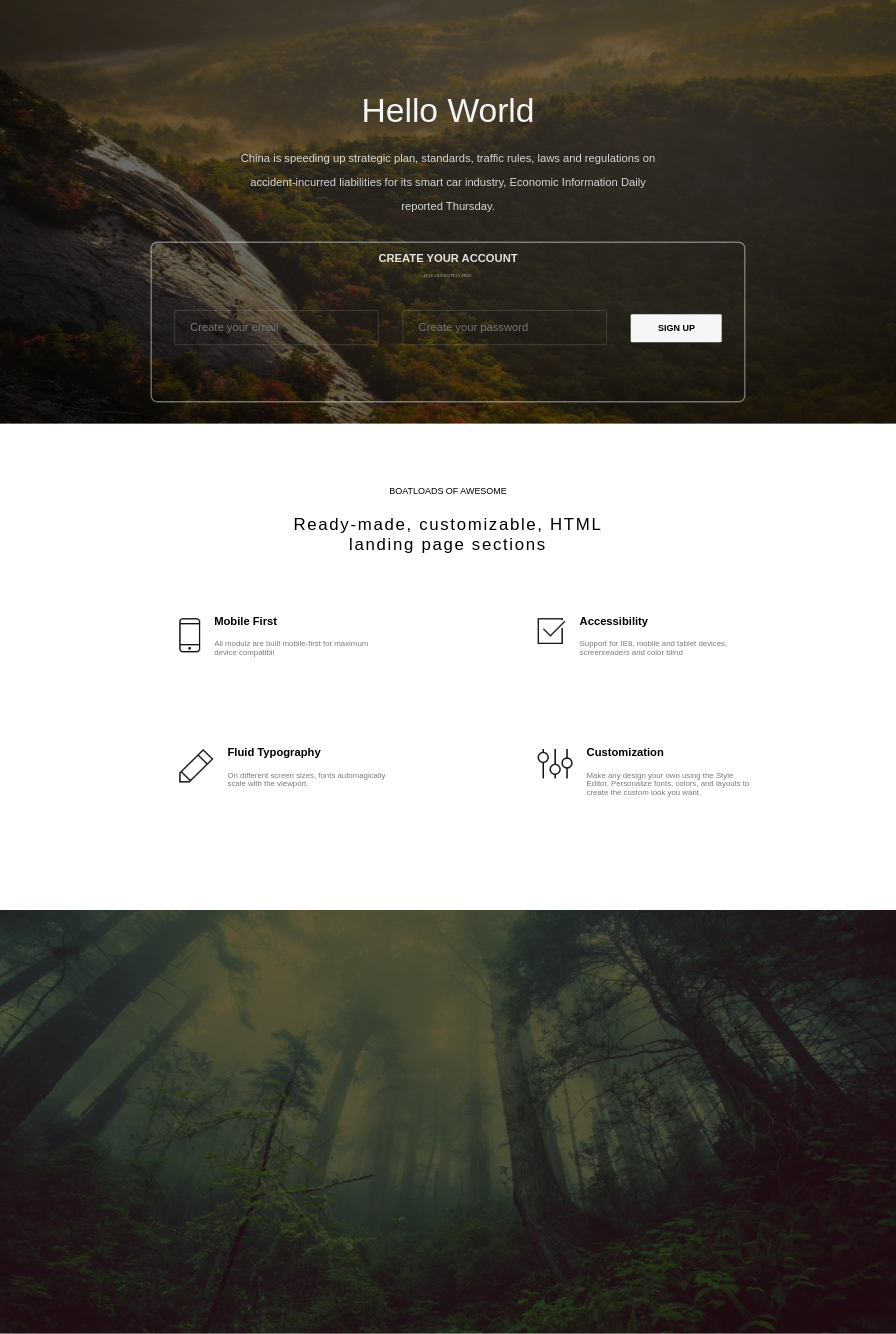
Repository: sogeisetsu/suy-ife
Page: 009-011/index.html
The author's editor kept a copy of each file at every save. The page is drawn from the files as they stood at one save, then again after the next save.
The browser window is 1280 px wide. The pictures show the whole page, at 70% of full size.

Above is the page before, as saved 2019-10-11 23:10:12.

### 009-011/index.html
<!DOCTYPE html>
<html>
    <head>
        <meta name="charset" content="utf-8">
        <meta http-equiv="refresh" content="30">
        <link rel="stylesheet" href="normalize.css" type="text/css">
        <link rel="stylesheet" href="index.css" type="text/css">
    </head>
    <body>
        <div id=head>
            <div class=headback>
                <img src="sucai/head-back.png" alt="头部背景" class="head-image">
                <div class="headbackcolor"></div>
            </div>
            <div class="headfont">
                <h1 class="headfonttittle">Hello World</h1>
                <p class="headfonttext">China is speeding up strategic plan, standards, traffic rules, laws and regulations on  </p>
                <p class="headfonttext">accident-incurred liabilities for its smart car industry, Economic Information Daily </p>
                <p class="headfonttext">reported Thursday.</p>
            </div>
            <div class="headform">
                <h2 class="tittle">Create Your Account</h2>
                <p class="text">It is absolutely free</p>
                <form action="#">
                    <input class="input-field" type="email" name="email" id="email" placeholder="Create your email">
                    <input class="input-field" type="password" name="pws" id="pws" placeholder="Create your password">
                    <input class="sign-up" type="button" value="Sign Up">
                </form>
            </div>
        </div>
        <div id="page2">
            <div class="p2head">
                <p>Boatloads of Awesome</p>
                <h2>Ready-made, customizable, HTML <br>landing page sections</h2>
            </div>
            <div class="p2text">
                <div class="iphone">
                    <img src="sucai/Iphone Icon.png" alt="iphone">
                    <div class="texto">
                    <p class="tittle">Mobile First</p>
                    <p class="text">All modulz are built mobile-first for maximum<br>device compatibil </p>
                    </div>
                </div>
                <div class="check">
                    <img src="sucai/Check Icon.png" alt="check">
                    <div class="texto">
                    <p class="tittle">Accessibility</p>
                    <p class="text">Support for IE8, mobile and tablet devices,<br> screenreaders and color blind</p>
                    </div>
                </div>
                <div class="pencil">
                    <img src="sucai/Pencil Icon.png" alt="pencil">
                    <div class="texto">
                    <p class="tittle">Fluid Typography</p>
                    <p class="text">On different screen sizes, fonts automagically<br> scale with the viewport.</p>
                    </div>
                </div>
                <div class="setting">
                    <img src="sucai/Settings Icon.png" alt="setting">
                    <div class="texto">
                    <p class="tittle">Customization</p>
                    <p class="text">Make any design your own using the Style<br> Editor. Personalize fonts, colors, and layouts to<br> create the custom look you want.</p>
                    </div>
                </div>
            </div>
        </div>
        <div id=page3>
            <div class=page3back>
                <img src="sucai/page3background.png" alt="第三张背景" class="page3-image">
                <div class="headbackcolor"></div>
            </div>
        </div>
    </body>
</html>

### 009-011/index.css
html,body{
    margin: 0;
    height: 100%;
    width: 100%;
}
#head,#page2,#page3{
    width: 100%;
    height: 605px;
}
.headback{
    position: relative;
    width: 100%;
    height: 100%;
    z-index: -1;
}
.page3back{
    width: 100%;
    height: 100%;
    z-index: -1;
}
.headbackcolor{
    background-color: rgba(12, 10, 8, 0.61);
    width: 100%;
    height: 100%;
    position: relative;
    bottom: 605px;
}
.head-image,.page3-image{
    height: 100%;
    width: 100%;
    display: block;
}
.headfont{
    position: relative;
    margin: 0;
    bottom: 605px;
    text-align: center;
}
.headfonttittle{
    margin-top: 130px;
    font-size: 3em;
    color: rgb(245, 245, 245);
    font-weight: 300;
}
.headfonttext{
    font-weight: 300;
    color: rgba(255, 255, 255, 0.808);
}
.headform{
    position: relative;
    bottom: 605px;
    margin: 40px auto;
    border-style: solid ;
    border-width: 2px;
    border-color: rgba(236, 235, 233, 0.445);
    border-radius: 10px;
    box-sizing: border-box;
    width: 850px;
    display: flex;
    flex-direction: column;
    height: 230px;
}
.headform .tittle{
    color: rgba(252, 249, 246, 0.89);
    text-transform: uppercase;
    font-size: 1em;
    text-align: center;
}
.headform .text{
    color: rgba(252, 249, 246, 0.616);
    text-transform: uppercase;
    font-size: 0.3em;
    text-align: center;
    margin-top: 0;
    font-family: Montserrat-Light;
}
.headform form{
    margin: 40px auto;
}
input{
    color: rgb(245, 245, 245);
}
.headform .input-field{
    width: 292px;
    height: 50px;
    padding: 18px 0 18px 22px;
    margin-right: 30px;
    box-sizing: border-box;
	border-radius: 2px;
	border: solid 1px rgba(255, 255, 255, 0.2);
    background: transparent;
}

.headform .sign-up{
    color: rgb(0, 0, 0);
    background-color: rgb(245, 245, 245);
    text-align: center;
    border: 0;
    height: 40px;
    width: 130px;
    text-transform: uppercase;
    font-size: 0.8em;
    font-weight: bold;
    border-radius: 2px;
    cursor: pointer;
    outline: none;
}
.headform .sign-up:active{
    border: 0;
    border-color: rgb(245, 245, 245);
    outline: none;
}
.p2head{
    text-align: center;
    margin-top: 90px;
}
.p2head p{
    text-transform: uppercase;
    /* letter-spacing: 0.2em; */
    font-weight: 400;
    font-size: 0.8em;
    margin-bottom: 2em;
}
.p2head h2{
    font-weight: 400;
    letter-spacing: 0.1em;
    line-height: 1.2em;

}
.p2text{
    margin-top: 50px;
    display: flex;
    flex-flow: row wrap;
    margin-left: 20%;
}
.iphone,.check,.pencil,.setting{
    flex: 50%;
    margin-bottom: 60px;
    margin-top: 40px;
    /* overflow: hidden; */
}
.iphone img,.iphone .texto,.check .texto,.check img,.pencil .texto,.pencil img,.setting img,.setting .texto{
    float: left;
}
.iphone .texto,.check .texto,.pencil .texto,.setting .texto{
    position: relative;
    left: 20px;
    bottom: 20px;
    margin: 0;
}
.texto .tittle{
    font-weight: bold;
}
.texto .text{
    font-size: 0.7em;
    color: rgba(0, 0, 0, 0.521);
}

Loaded but not shown: 009-011/normalize.css (library)

After the next save:
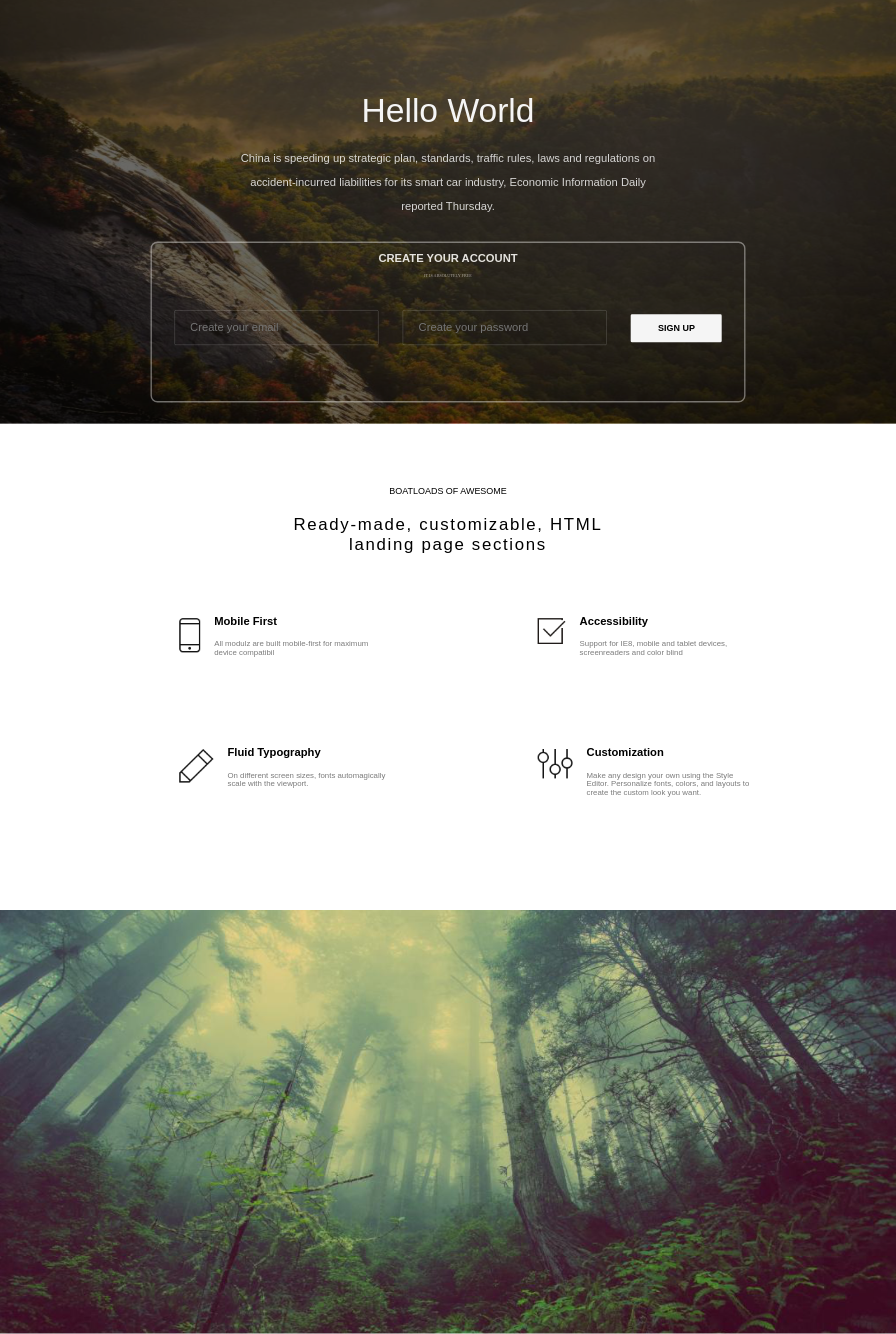
Saved 2 min 16 s later.
--- a/009-011/index.html
+++ b/009-011/index.html
@@ -67,7 +67,7 @@
         <div id=page3>
             <div class=page3back>
                 <img src="sucai/page3background.png" alt="第三张背景" class="page3-image">
-                <div class="headbackcolor"></div>
+                <!-- <div class="headbackcolor"></div> -->
             </div>
         </div>
     </body>

After the save that followed:
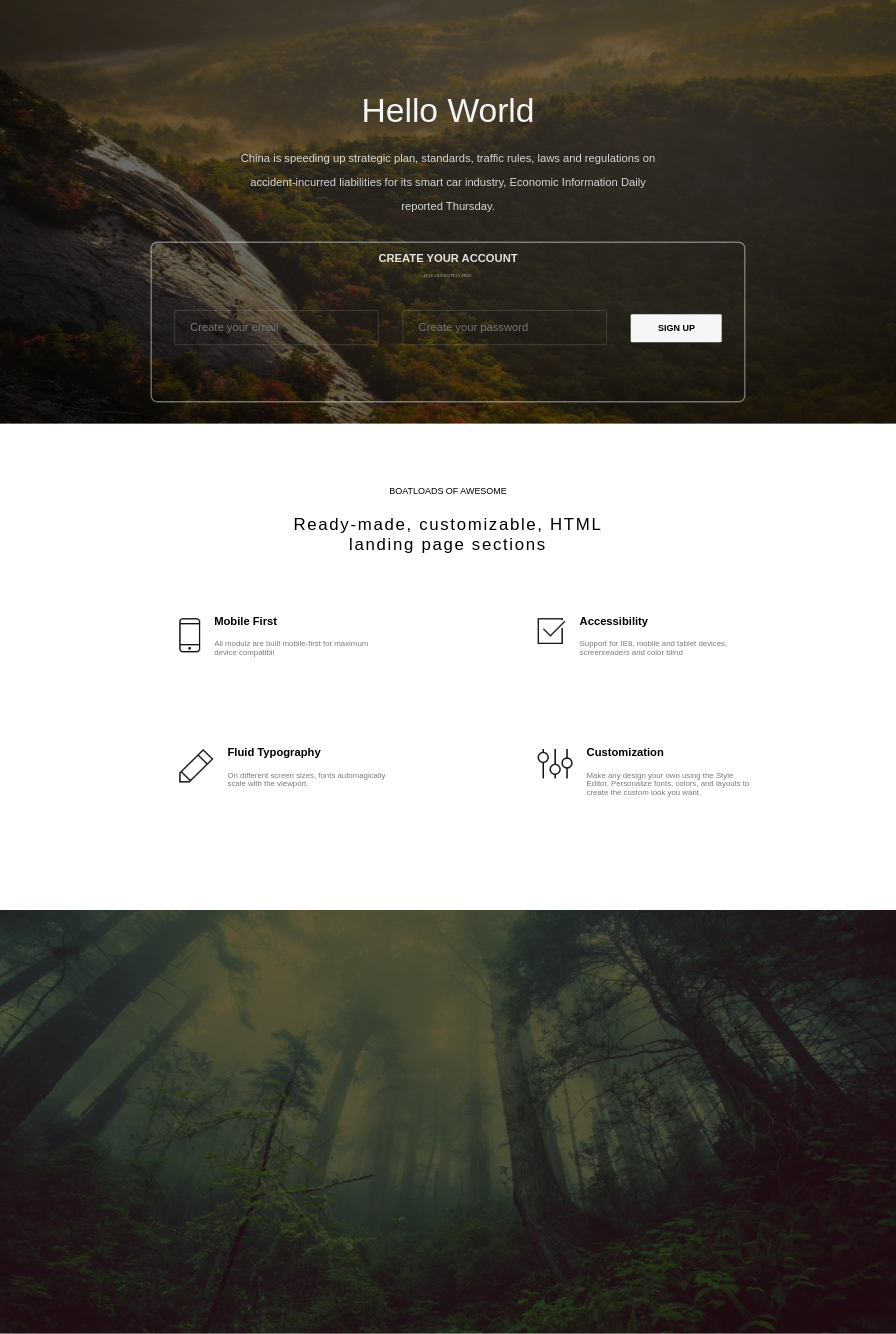
Saved 15 s later.
--- a/009-011/index.html
+++ b/009-011/index.html
@@ -67,7 +67,7 @@
         <div id=page3>
             <div class=page3back>
                 <img src="sucai/page3background.png" alt="第三张背景" class="page3-image">
-                <!-- <div class="headbackcolor"></div> -->
+                <div class="headbackcolor"></div>
             </div>
         </div>
     </body>
